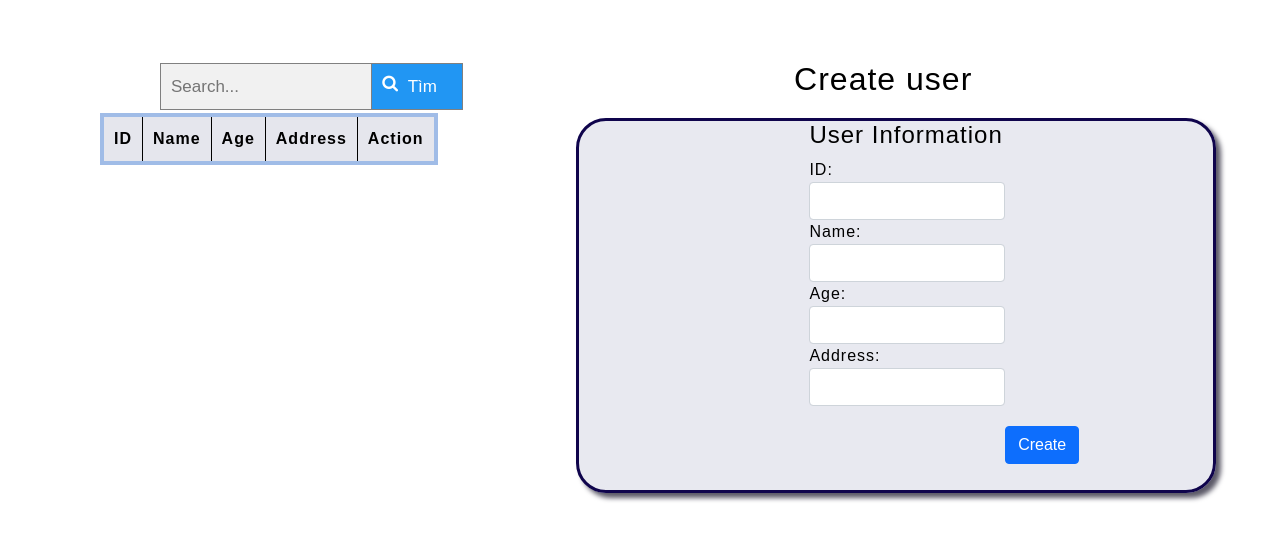
Repository: minhtuan16/JS-Basic
Page: CRUD-Department/create.html
The author's editor kept a copy of each file at every save. The page is drawn from the files as they stood at one save, then again after the next save.
The browser window is 1280 px wide. The pictures show the whole page.

Above is the page before, as saved 2022-06-09 00:51:08.

### CRUD-Department/create.html
<!DOCTYPE html>
<html lang="en">
<head>
    <meta charset="UTF-8">
    <meta http-equiv="X-UA-Compatible" content="IE=edge">
    <meta name="viewport" content="width=device-width, initial-scale=1.0">
    <link rel="stylesheet" href="https://cdnjs.cloudflare.com/ajax/libs/font-awesome/4.7.0/css/font-awesome.min.css">
    <link href="https://cdn.jsdelivr.net/npm/bootstrap@5.1.3/dist/css/bootstrap.min.css" rel="stylesheet" integrity="sha384-1BmE4kWBq78iYhFldvKuhfTAU6auU8tT94WrHftjDbrCEXSU1oBoqyl2QvZ6jIW3" crossorigin="anonymous">
    <link rel="stylesheet" href="styles/style.css">
    <link rel="stylesheet" href="styles/search.css">
    <title>User</title>
</head>
<body>

    <h2>Create user</h2>
    <!--create a form with the following fiels,email, password, first name, last name, age, address, phone, payment, color-->


    <form id="registerForm" class="container">
        <h4>User Information</h4>
        <div class="control">
            <label>ID:</label>
            <input class="form-control" id="id" type="text" value="" />
        </div>

        <div class="control">
            <label>Name:</label>
            <input class="form-control" id="name" type="text" value="" />
        </div>
        <div class="control">
            <label>Age:</label>
            <input class="form-control" id="age" type="text" value="" />
        </div>
        <div class="control">
            <label>Address:</label>
            <input class="form-control" id="address" type="text" value="" />
        </div>

        <button type="button" class="btn btn-primary" id="btnSave" onclick="create()">Create</button>

        <button type="button" class="btn btn-primary" id="btnUpdate" onclick="update()" style="display: none;">Save</button>
    </form>

    <div class="search-container">
        <form >
            <input type="text" placeholder="Search..." id="search" value="">
            <button type="button" onclick="search()" ><i class="fa fa-search" style="width: 10px; float: left;"></i>Tìm</button>
        </form>
    </div>

    <table border="1px">

        <tr>
            <td>ID</td>
            <td>Name</td>
            <td>Age</td>
            <td>Address</td>
            <td>Action</td>
        </tr>

        <tbody id="tableBody">

        </tbody>
    </table>
    <script src="scripts/create.js"></script>
</body>
</html>

### CRUD-Department/styles/style.css
/* Global */
.control{
    width: 50%;
}
.error{
    border: 2px solid red;
}
html{
    font-family: Verdana, Geneva, Tahoma, sans-serif;
    letter-spacing: 1px;
}
h2{
    text-align: center;
}
body{
    /* background-color: #141E61; */
    color: #000000;
}
/* Nav */
a {
    display: inline-block;
    text-decoration: none;
    color: black;
    padding: 5px;
    background-color: #9498a3;
    vertical-align: middle;
    -webkit-transform: perspective(1px) translateZ(0);
    transform: perspective(1px) translateZ(0);
    box-shadow: 0 0 1px rgba(0, 0, 0, 0);
    position: relative;
}

a:before {
    content: '';
    position: absolute;
    border: #e1e1e1 solid 4px;
    top: 0;
    right: 0;
    bottom: 0;
    left: 0;
    -webkit-transition-duration: 0.3s;
    transition-duration: 0.3s;
    -webkit-transition-property: top, right, bottom, left;
    transition-property: top, right, bottom, left;
}

a:hover:before,
a:focus:before,
.a:active:before {
    top: -8px;
    right: -8px;
    bottom: -8px;
    left: -8px;
}

/* Index */
#sign-in {
    border: #0F044C solid 3px;
    background-color: #1225ee34;
    box-shadow: 5px 5px 5px #0F044C;
    padding-left: 20%;
    padding-bottom: 20%;
    width: 20rem;
    margin-left: 20%;
    border-radius: 30px;
}

/* Register */
.nav-btn {
    margin-left: 20px;
    margin-top: 20px
}

h2 {
    margin-left: 38%;
    margin-top: 60px;
}

#registerForm {
    border: #0F044C solid 3px;
    background-color: #8f92b434;
    box-shadow: 5px 5px 5px #5c5a68;
    padding-left: 18%;
    padding-bottom: 2%;
    width: 50%;
    margin-left: 45%;
    border-radius: 30px;
    margin-top: 20px;
}

#btnSave {
    margin-left: 50%;
    margin-top: 20px;
}

#btnShow {
    margin-left: -80%;
    margin-top: 20px;
}

#btnUpdate {
    margin-left: 50%;
    margin-top: 20px;
}

/* Users */
table {
    border: #a0bce7 4px solid;
    background-color: #8184a734;
    /* margin-top: 50px;
    margin-left: 500px; */
    margin-top: -380px;
    margin-left: 100px;
}

/* h1 {
    margin-top: -450px;
} */
table form input {
    margin-left: 100px;
}

table td {
    border: #000000 1px solid;
    text-align: center;
    font-weight: 900;
    padding: 10px;
}

td {
    font-weight: 100;
    border: #e1e1e1 solid 1px;
    padding: 5px;
}

### CRUD-Department/styles/search.css
* {box-sizing: border-box;}

body {
  margin: 0;
  font-family: Arial, Helvetica, sans-serif;
}

.search-container {
    float: left;
}
.search-container input[type=text] {
    padding: 10px;
    font-size: 17px;
    border: 1px solid grey;
    float: left;
    width: 70%;
    background: #f1f1f1;
}

.search-container button {
    float: left;
    width: 30%;
    padding: 10px;
    background: #2196F3;
    color: white;
    font-size: 17px;
    border: 1px solid grey;
    border-left: none;
    cursor: pointer;
}

.topnav .search-container button:hover {
  background: #ccc;
}

@media screen and (max-width: 600px) {
  .topnav .search-container {
    float: none;
  }
  .topnav a, .topnav input[type=text], .topnav .search-container button {
    float: none;
    display: block;
    text-align: left;
    width: 100%;
    margin: 0;
    padding: 14px;
  }
  .topnav input[type=text] {
    border: 1px solid #ccc;
  }
}

.search-container {
    margin-left: 160px;
    margin-top: -430px;
}

### CRUD-Department/scripts/create.js

var data = [
    {id: 1, name: "xyz1", age: 18, address: "hn"},
    {id: 2, name: "xyz2", age: 20, address: "hn"},
    {id: 3, name: "xyz3", age: 21, address: "hn"}
]

function drawTable(person) {
    var table = document.createElement("table");
    var tr = document.createElement("tr");
    var tdid = document.createElement("td");
    var tdName = document.createElement("td");
    var tdAge = document.createElement("td");
    var tdAddress = document.createElement("td");
    var tdOption = document.createElement("td");

    var editBtn = document.createElement("button");
    var deleteBtn = document.createElement("button");

    editBtn.innerText = 'Edit';
    deleteBtn.innerText = 'Delete';

    tdOption.appendChild(editBtn);
    tdOption.appendChild(deleteBtn);

    //bat su kien edit
    editBtn.onclick = function() {
        editPerson(person.id);
    }

    //bat su kien edit
    deleteBtn.onclick = function() {
        deletePerson(person.id);
    }

    tdid.innerHTML = person.id;
    tdName.innerHTML = person.name;
    tdAge.innerHTML = person.age;
    tdAddress.innerHTML = person.address;

    tr.appendChild(tdid);
    tr.appendChild(tdName);
    tr.appendChild(tdAge);
    tr.appendChild(tdAddress);
    tr.appendChild(tdOption)

    var tableBody = document.getElementById("tableBody");
    tableBody.appendChild(tr);
}

function resetDrawTable(persons) {
    var tableBody = document.getElementById("tableBody");
    tableBody.innerHTML = "";

    for (var i = 0; i < persons.length; i++) {
        drawTable(persons[i]);
    }
}

// resetDrawTable(data)
function create() {

    var id = document.getElementById("id").value;
    var name = document.getElementById("name").value;
    var age = document.getElementById("age").value;
    var address = document.getElementById("address").value;

    if (id.length > 0 && name.length > 0 && age.length > 0 && address.length > 0) {
        var p = {id: id, name: name, age: age, address: address};

        data.push(p);

        resetDrawTable(data);

        alert('Create Success');

        document.getElementById("id").value = "";
        document.getElementById("name").value = "";
        document.getElementById("age").value = "";
        document.getElementById("address").value = "";

    } else {
        alert('Dien day du thong tin');
    }
}

function show() {
    var table = document.getElementById("table");
    table.style.display = 'block';
}

function editPerson(id) {
    var index = data.findIndex(x => x.id == id);
    let person = data[index];

    var idIp = document.getElementById("id");
    var nameIp = document.getElementById("name");
    var ageIp = document.getElementById("age");
    var addressIp = document.getElementById("address");

    idIp.value = person.id;
    nameIp.value = person.name;
    ageIp.value = person.age;
    addressIp.value = person.address;

    document.getElementById("btnUpdate").style.display = 'block';
    document.getElementById("btnSave").style.display = 'none';
}

function update() {
    var idIp = document.getElementById("id");
    var nameIp = document.getElementById("name");
    var ageIp = document.getElementById("age");
    var addressIp = document.getElementById("address");

    var id = idIp.value;
    var name = nameIp.value;
    var age = ageIp.value;
    var address = addressIp.value;

    var index = data.findIndex(x => x.id == id);

    if (id.length > 0 && name.length > 0 && age.length > 0 && address.length > 0) {
        data[index] = {id: id, name: name, age: age, address: address};

        resetDrawTable(data);
        alert('Update Success');

        idIp.value = "";
        nameIp.value = "";
        ageIp.value = "";
        addressIp.value = "";

    } else {
        alert('Dien day du thong tin');
    }

    document.getElementById("btnUpdate").style.display = 'none';
    document.getElementById("btnSave").style.display = 'block';
}

function deletePerson(id) {
    var newData = data.filter(x => x.id != id);

    data = newData;

    resetDrawTable(data);
}

function search() {
    var search = document.getElementById("search").value;
    console.log(search);
    var index = data.findIndex(x => x.name == search);

    data[index] = {id: id, name: name, age: age, address: address};

    resetDrawTable(data)
}

After the next save:
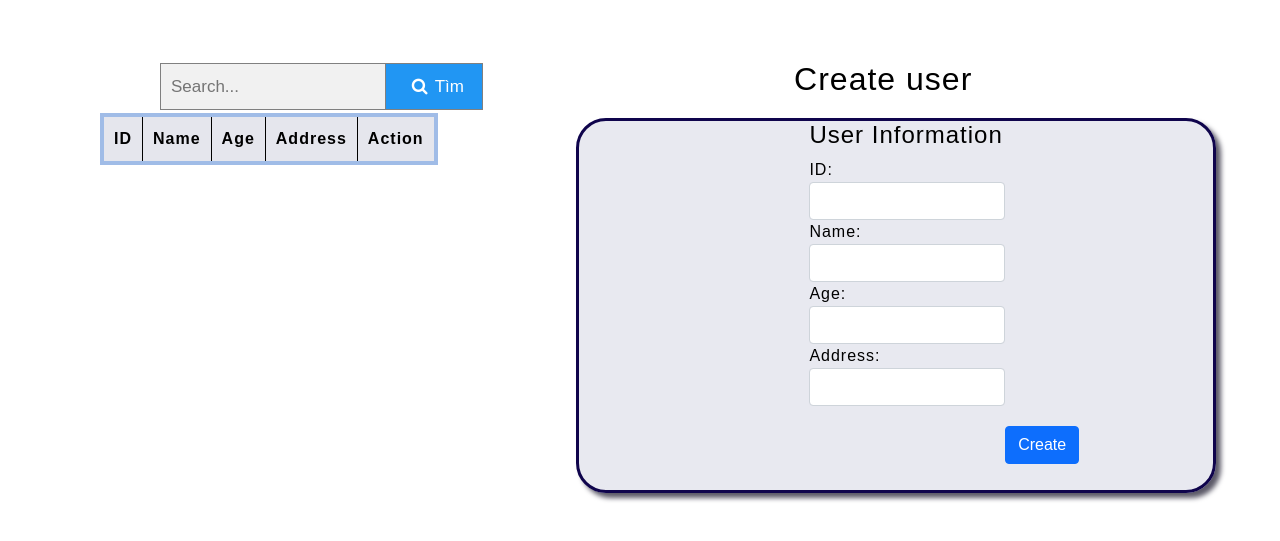
Saved 11 s later.
--- a/CRUD-Department/create.html
+++ b/CRUD-Department/create.html
@@ -44,7 +44,7 @@
     <div class="search-container">
         <form >
             <input type="text" placeholder="Search..." id="search" value="">
-            <button type="button" onclick="search()" ><i class="fa fa-search" style="width: 10px; float: left;"></i>Tìm</button>
+            <button type="button" onclick="search()" ><i class="fa fa-search" style="width: 30px;"></i>Tìm</button>
         </form>
     </div>
 
